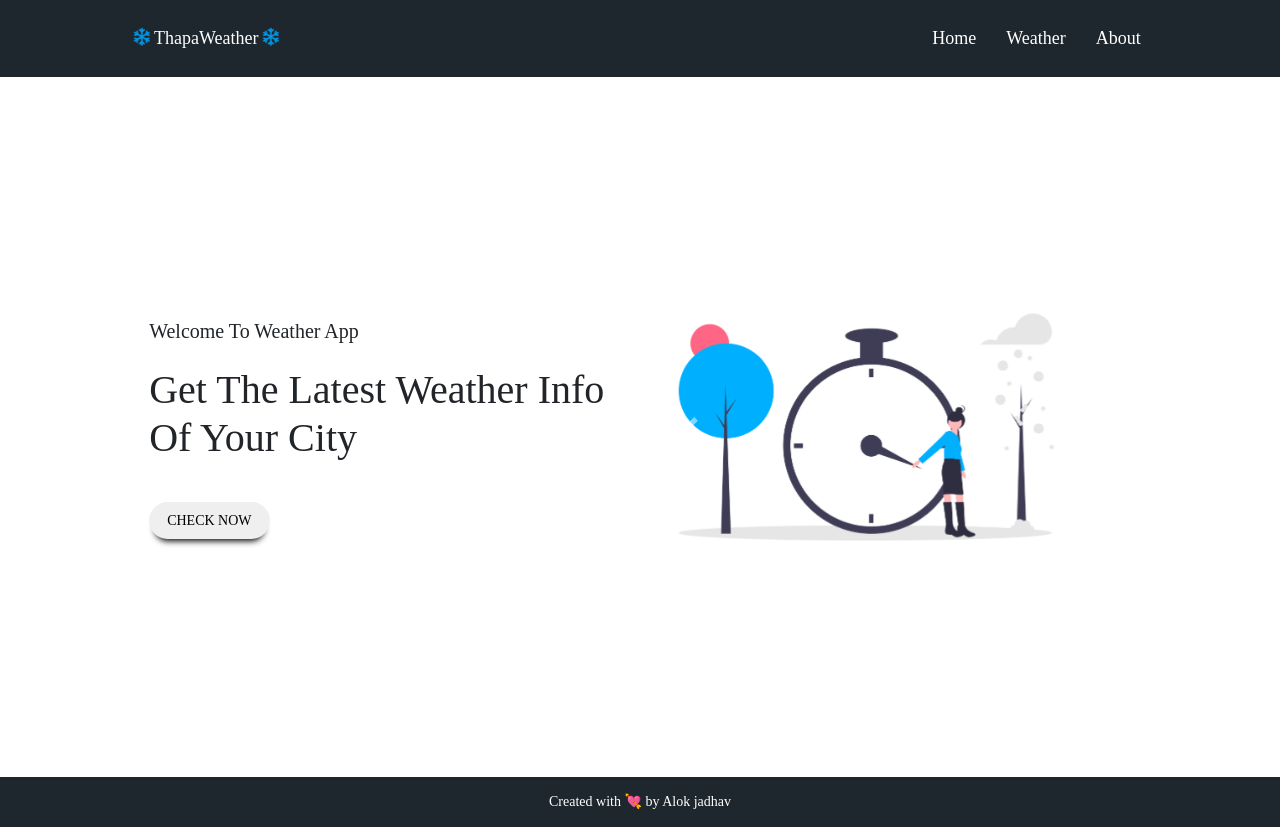
Repository: AalokJadhav/Weather_App
Page: public/about.html
An editor plug-in stored every save of this project. The page is shown before and after the next save, followed by the edit.
The browser window is 1280 px wide. The pictures show the whole page.
Some web fonts or font styles are not loaded; a fallback is used. Some web libraries are served in a nearby version.

Above is the page before, as saved 2020-11-15 16:06:41.

After the next save:
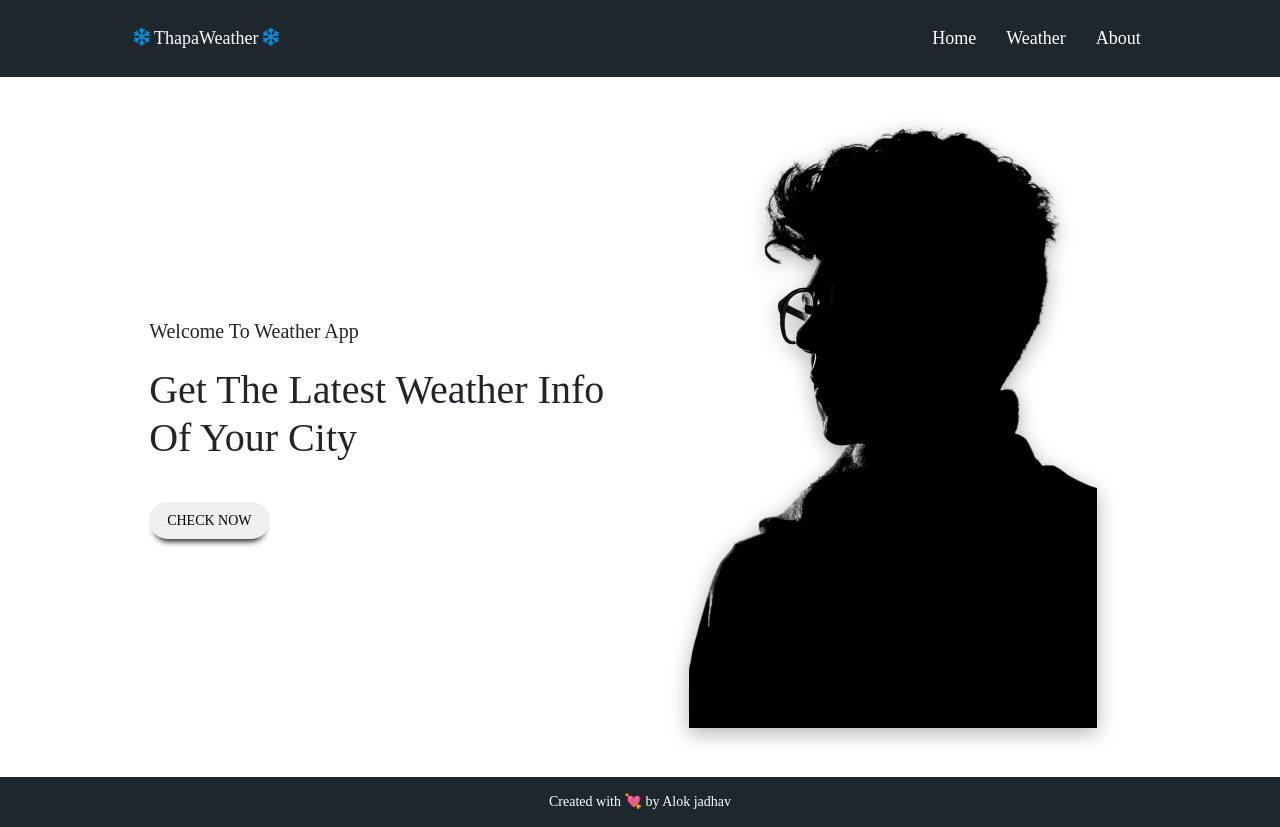
Saved 3 min 34 s later.
--- a/public/about.html
+++ b/public/about.html
@@ -72,29 +72,9 @@
                     <!-- right Side Div -->
 
                     <div class="col-md-6 col-12 main_header_right">
-                        <div id="carouselExampleControls" class="carousel slide" data-ride="carousel">
-                            <div class="carousel-inner">
-                                <div class="carousel-item active">
-                                    <img src="images/bg1.png" class="w-100" alt="...">
-                                </div>
-                                <div class="carousel-item">
-                                    <img src="images/bg2.png" class="w-100" alt="...">
-                                </div>
-                                <div class="carousel-item">
-                                    <img src="images/bg3.png" class="w-100" alt="...">
-                                </div>
-                            </div>
-                            <a class="carousel-control-prev" href="#carouselExampleControls" role="button"
-                                data-slide="prev">
-                                <span class="carousel-control-prev-icon" aria-hidden="true"></span>
-                                <span class="sr-only">Previous</span>
-                            </a>
-                            <a class="carousel-control-next" href="#carouselExampleControls" role="button"
-                                data-slide="next">
-                                <span class="carousel-control-next-icon" aria-hidden="true"></span>
-                                <span class="sr-only">Next</span>
-                            </a>
-                        </div>
+                        <figure>
+                            <img src="images/about.png" class="img-fluid" title="Alok">
+                        </figure>
                     </div>
                 </div>
             </div>
